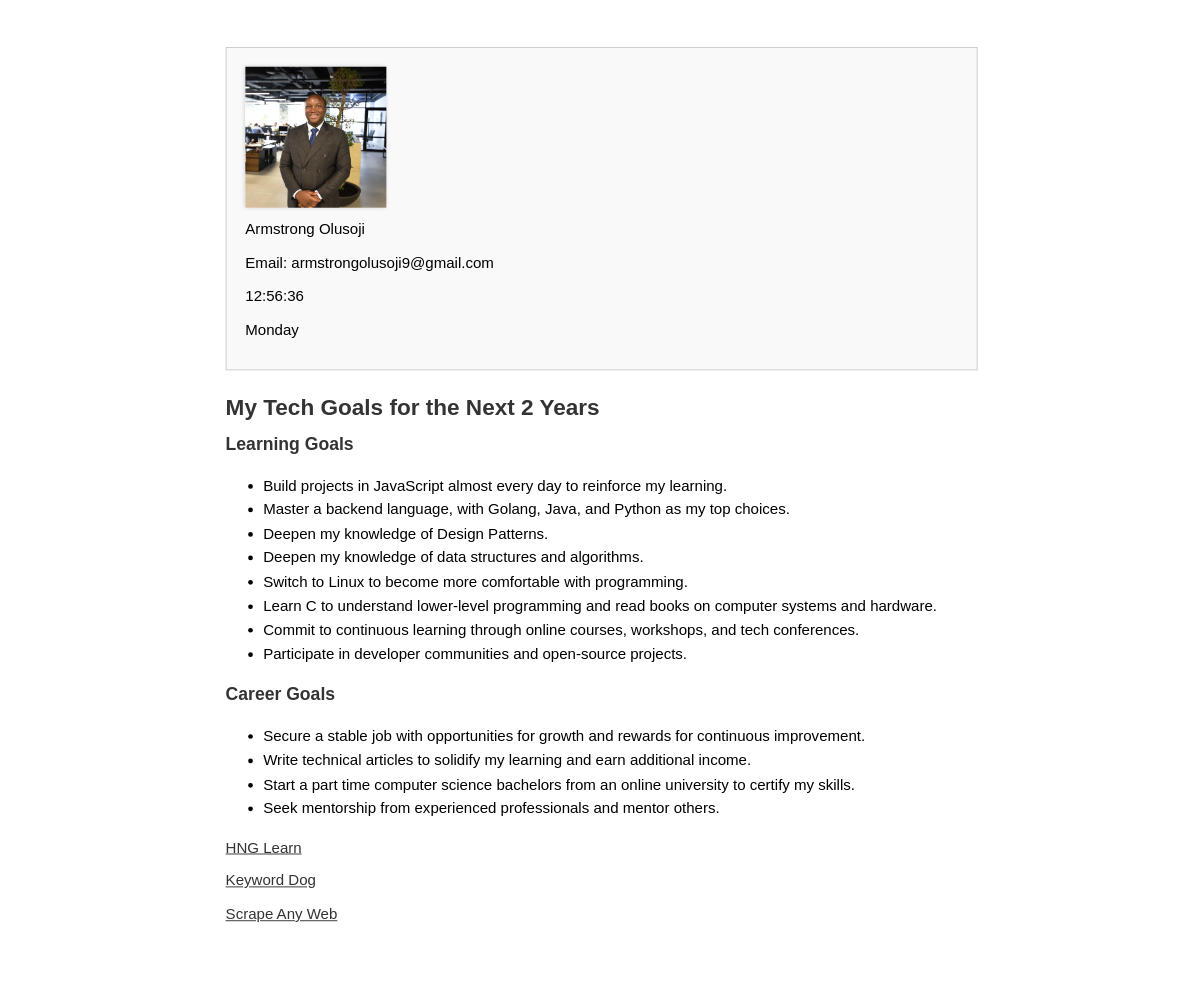
Repository: Armstrong2035/hng-project-one
Page: index.html
An editor plug-in stored every save of this project. The page is shown before and after the next save, followed by the edit.
The browser window is 1280 px wide. The pictures show the whole page, at 94% of full size.

Above is the page before, as saved 2024-07-01 17:07:09.

After the next save:
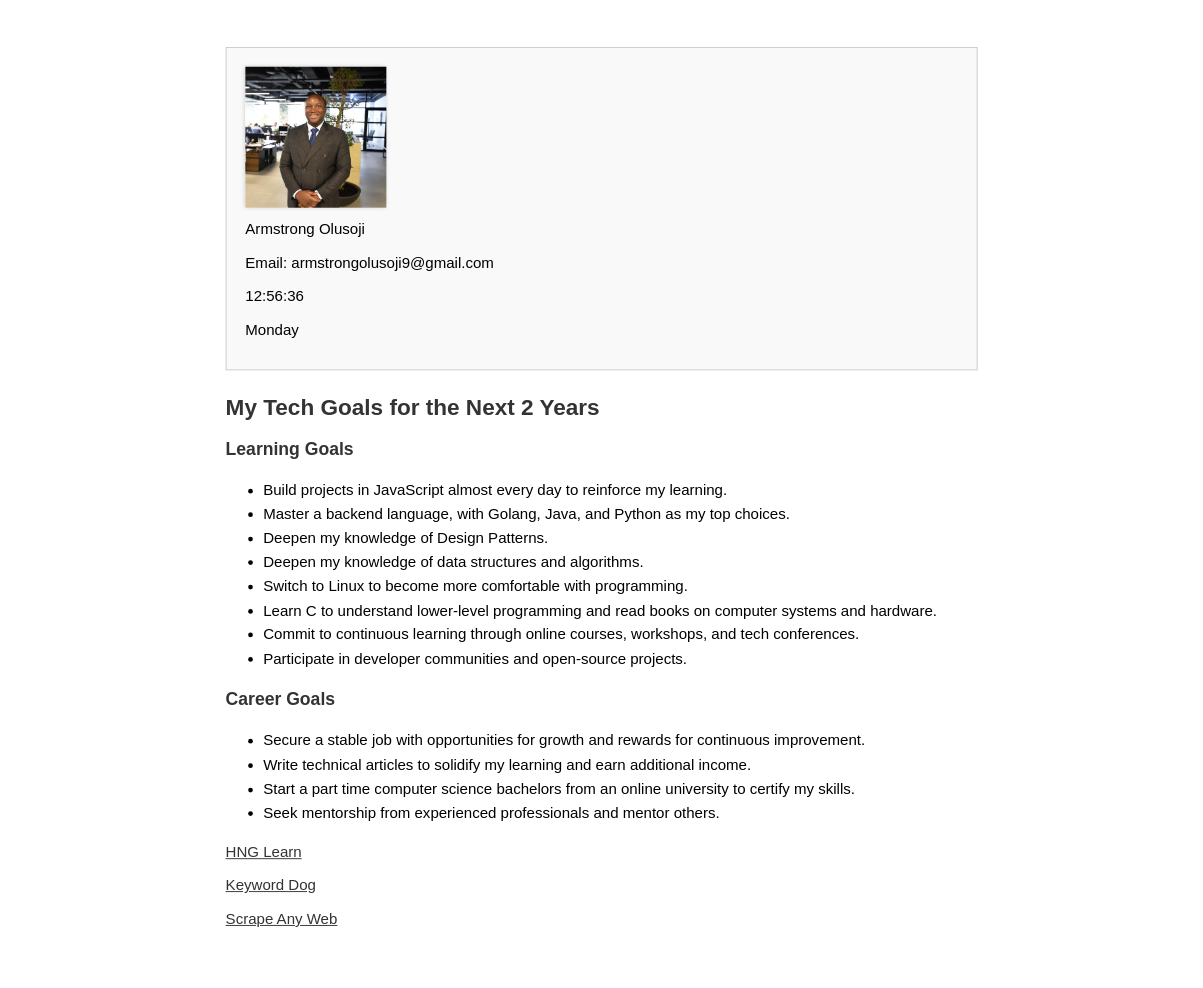
Saved 5 s later.
--- a/style.css
+++ b/style.css
@@ -43,7 +43,7 @@ body {
 
 h2,
 h3 {
-  margin: 5px 0;
+  margin: 10px 0;
   color: #333;
 }
 
